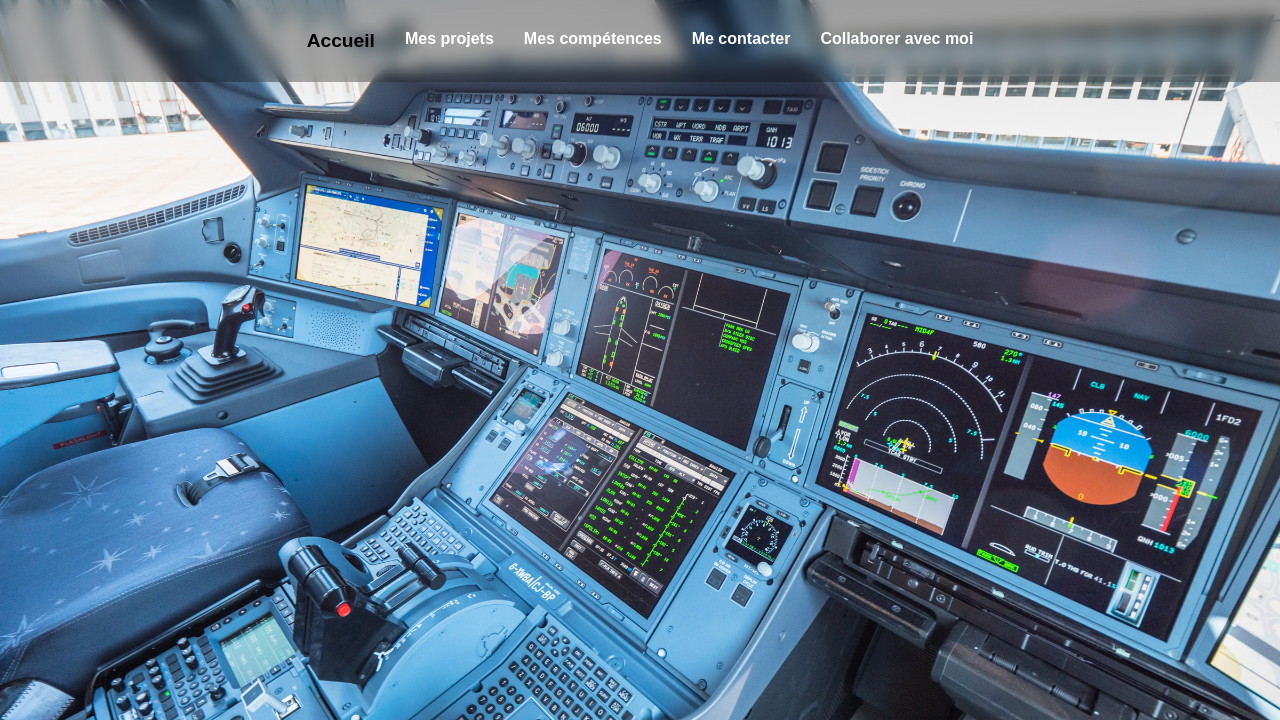
Repository: nlagardere/myportfolio
Page: competences.html
These files come from the project's save history. The page is drawn as it stood at one moment and after the next save; the edit follows.
The browser window is 1280 px wide. The pictures show the whole page.

Above is the page before, as saved 2025-09-06 10:37:18.

### competences.html
<!DOCTYPE html>
<html lang="en">
<head>
    <meta charset="UTF-8">
    <meta name="viewport" content="width=device-width, initial-scale=1.0">
    <title>Document</title>
    <style>
        body {
      font-family: 'Quicksand', sans-serif;
      margin: 0;
      padding: 0;
      min-height: 100vh;
      display: flex;
      flex-direction: column;
      background: url('a350.jpg') no-repeat center center;
      background-size: cover;
      color: #fff;
    }

    header {
      text-align: center;
      padding: 30px 20px;
      background: rgba(0,0,0,0.3);
      backdrop-filter: blur(8px);
    }

    /* ========== GLASS CARD ========== */
    .glasscard, .competences {
      background: rgba(255, 255, 255, 0.2);
      border-radius: 15px;
      padding: 20px;
      margin: 20px auto;
      max-width: 800px;
      backdrop-filter: blur(10px);
      box-shadow: 0 4px 30px rgba(0,0,0,0.1);
      text-align: center;
      animation: zoomPop 1s ease forwards;
      color: white;
    }

    .highlight {
      color: #FFD93D;
      font-weight: bold;
    }

    @keyframes zoomPop {
      0% { opacity: 0; transform: scale(0.1) translateZ(-800px); }
      60% { opacity: 1; transform: scale(1.2) translateZ(50px); }
      80% { transform: scale(0.95) translateZ(0); }
      100% { opacity: 1; transform: scale(1) translateZ(0); }
    }

        .navbar ul {
      list-style: none;
      padding: 0;
      margin: 0;
      display: flex;
      justify-content: center;
      gap: 30px;
      flex-wrap: wrap;
    }
    .navbar ul li {
      display: inline;
    }
    .navbar ul li a {
      text-decoration: none;
      color: white;
      font-weight: bold;
      transition: color 0.3s;
    }
    .navbar ul li a:hover {
      color: #FFD93D;
    }

    .navbar .accueil a {
      font-size: 1.2em;
      font-weight: bold;
      color: #000000;


    }
    .navbar .accueil a:hover {
      color: #e6e62a;
    }
    </style>
</head>
<body>
    <header>
    <nav class="navbar">
      <ul>
        <li class="accueil">
          <a href="index - Copie.html" class="accueil-wrapper">Accueil</a>
        </li>
        <li><a href="projects.html">Mes projets</a></li>
        <li><a href="competences.html">Mes compétences</a></li>
       <li><a href="contact.html">Me contacter</a></li>
        <li><a href="collaborate.html">Collaborer avec moi</a></li>
      </ul>
    </nav>
  </header>
</body>
</html>

After the next save:
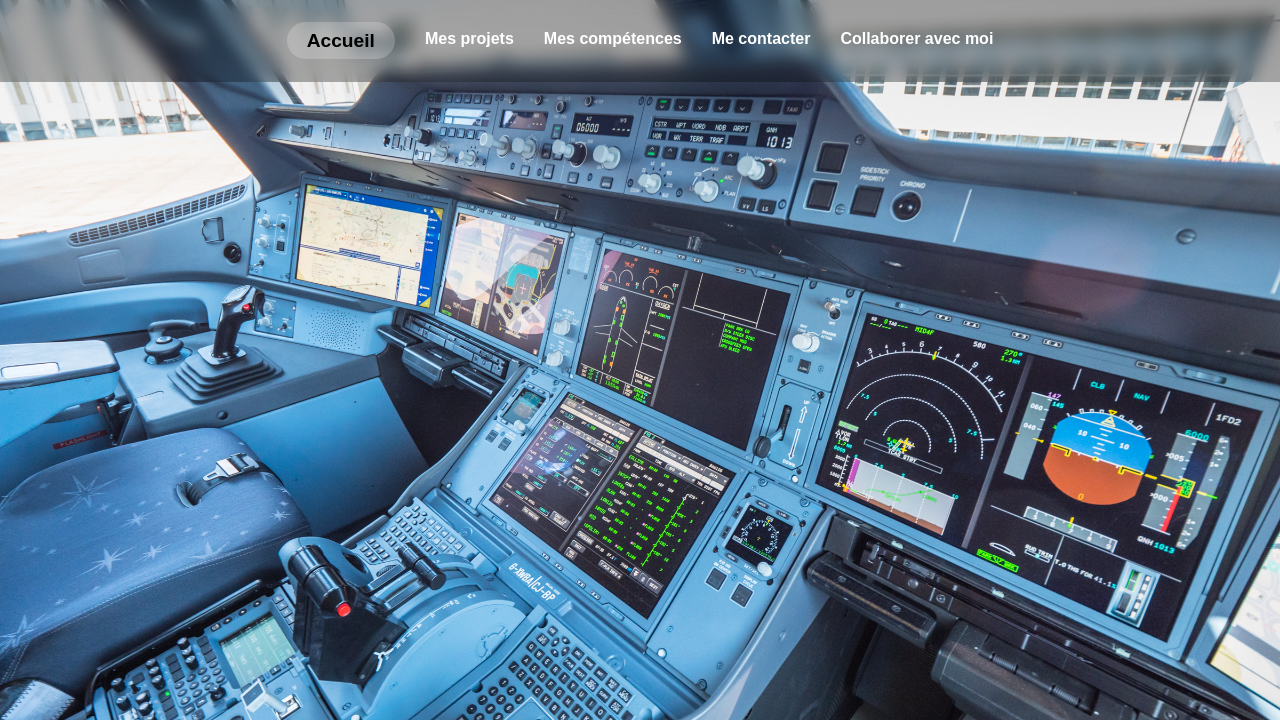
Saved 14 s later.
--- a/competences.html
+++ b/competences.html
@@ -82,6 +82,22 @@
     .navbar .accueil a:hover {
       color: #e6e62a;
     }
+
+        .accueil-wrapper {
+  background: rgba(255, 255, 255, 0.2);
+  backdrop-filter: blur(10px);
+  padding: 8px 20px;
+  border-radius: 25px;
+  color: #fff;
+  font-weight: bold;
+  transition: all 0.3s ease;
+}
+
+.accueil-wrapper:hover {
+  background: rgba(255, 255, 255, 0.4);
+  transform: scale(1.05);
+  color: #FFD93D;
+}
     </style>
 </head>
 <body>
